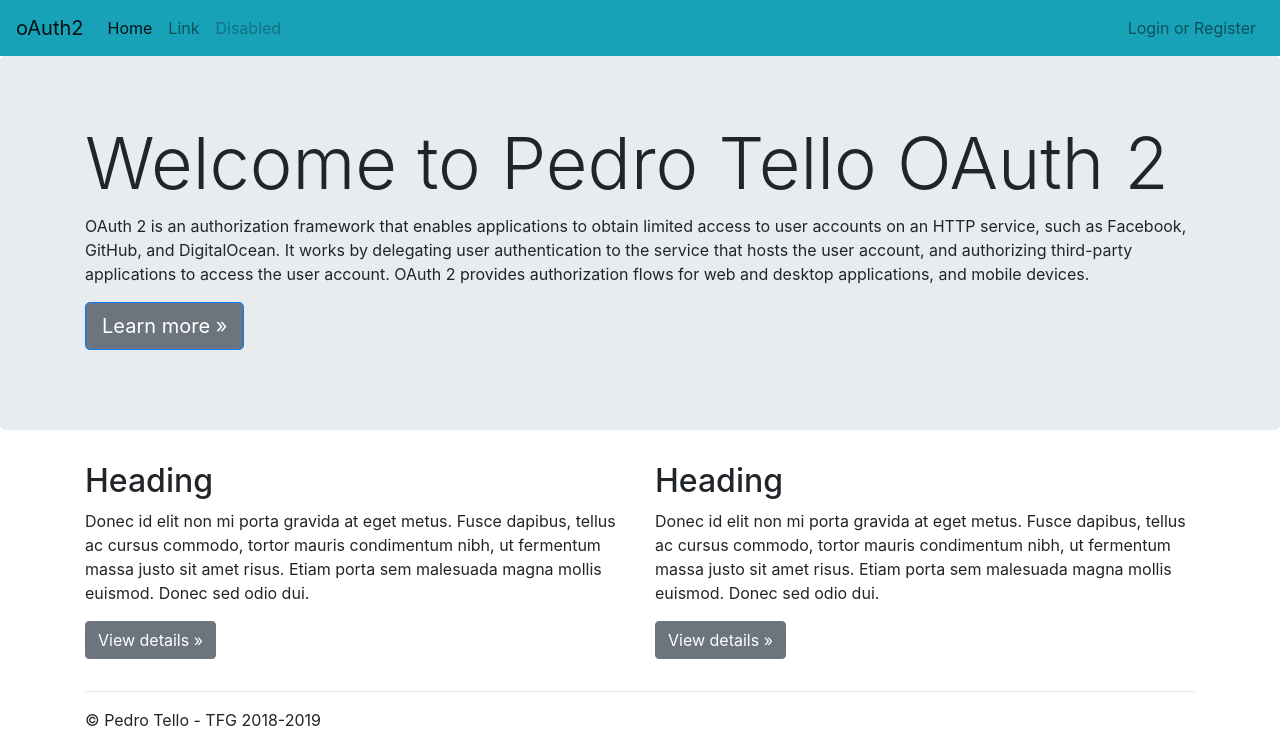
Repository: Xevit/eclipse-workspace
Page: AplicationOAuth2/src/main/webapp/index.html
These files come from the project's save history. The page is drawn as it stood at one moment and after the next save; the edit follows.
The browser window is 1280 px wide. The pictures show the whole page.
Some web libraries are served in a nearby version.

Above is the page before, as saved 2018-08-20 21:26:27.

### AplicationOAuth2/src/main/webapp/index.html
<!DOCTYPE html>
<html>
<head>
  <link href="css/bootstrap.min.css" rel="stylesheet">
    <!-- Custom styles for this template -->
    <link href="css/jumbotron.css" rel="stylesheet">
</head>
<body>
<nav class="navbar navbar-expand-md navbar-light fixed-top bg-info">
      <a class="navbar-brand" href="#">oAuth2</a>
      <button class="navbar-toggler" type="button" data-toggle="collapse" data-target="#navbarsExampleDefault" aria-controls="navbarsExampleDefault" aria-expanded="false" aria-label="Toggle navigation">
        <span class="navbar-toggler-icon"></span>
      </button>

      <div class="collapse navbar-collapse" id="navbarsExampleDefault">
        <ul class="navbar-nav mr-auto">
          <li class="nav-item active">
            <a class="nav-link" href="#">Home <span class="sr-only">(current)</span></a>
          </li>
          <li class="nav-item">
            <a class="nav-link" href="#">Link</a>
          </li>
          <li class="nav-item">
            <a class="nav-link disabled" href="#">Disabled</a>
          </li>
          <!--<li class="nav-item dropdown">
            <a class="nav-link dropdown-toggle" href="http://example.com" id="dropdown01" data-toggle="dropdown" aria-haspopup="true" aria-expanded="false">Dropdown</a>
            <div class="dropdown-menu" aria-labelledby="dropdown01">
              <a class="dropdown-item" href="#">Action</a>
              <a class="dropdown-item" href="#">Another action</a>
              <a class="dropdown-item" href="#">Something else here</a>
            </div>
          </li>-->
        </ul>
        <ul class="navbar-nav mr-right" >
          <li class="nav-item">
            <a class="nav-link" href="login.html">Login or Register</a>
          </li>
          <!--<input class="form-control mr-sm-2" type="text" placeholder="Search" aria-label="Search">-->
          <!--<button class="btn btn-outline-success my-2 my-sm-0" type="submit">Search</button>-->
         </ul>
      </div>
    </nav>

    <main role="main">

      <!-- Main jumbotron for a primary marketing message or call to action -->
      <div class="jumbotron">
        <div class="container">
          <h1 class="display-3">Welcome to Pedro Tello OAuth 2</h1>
          <p>OAuth 2 is an authorization framework that enables applications to obtain limited access to user accounts on an HTTP service, such as Facebook, GitHub, and DigitalOcean. It works by delegating user authentication to the service that hosts the user account, and authorizing third-party applications to access the user account. OAuth 2 provides authorization flows for web and desktop applications, and mobile devices.</p>
          <p><a class="btn btn-primary btn-lg bg-secondary" href="https://oauth.net/2/" role="button">Learn more &raquo;</a></p>
        </div>
      </div>

      <div class="container">
        <!-- Example row of columns -->
        <div class="row">
          <div class="col-md-6">
            <h2>Heading</h2>
            <p>Donec id elit non mi porta gravida at eget metus. Fusce dapibus, tellus ac cursus commodo, tortor mauris condimentum nibh, ut fermentum massa justo sit amet risus. Etiam porta sem malesuada magna mollis euismod. Donec sed odio dui. </p>
            <p><a class="btn btn-secondary" href="hello" role="button">View details &raquo;</a></p>
          </div>
          <div class="col-md-6">
            <h2>Heading</h2>
            <p>Donec id elit non mi porta gravida at eget metus. Fusce dapibus, tellus ac cursus commodo, tortor mauris condimentum nibh, ut fermentum massa justo sit amet risus. Etiam porta sem malesuada magna mollis euismod. Donec sed odio dui. </p>
            <p><a class="btn btn-secondary" href="bye" role="button">View details &raquo;</a></p>
          </div>

        </div>

        <hr>

      </div> <!-- /container -->

    </main>

    <footer class="container">
      <p>&copy; Pedro Tello - TFG 2018-2019</p>
    </footer>

	<script src="https://code.jquery.com/jquery-3.2.1.slim.min.js" integrity="sha384-KJ3o2DKtIkvYIK3UENzmM7KCkRr/rE9/Qpg6aAZGJwFDMVNA/GpGFF93hXpG5KkN" crossorigin="anonymous"></script>
    <script>window.jQuery || document.write('<script src="../../assets/js/vendor/jquery-slim.min.js"><\/script>')</script>
    <script src="js/popper.min.js"></script>
    <script src="js/bootstrap.min.js"></script>
    <script src="js/jquery.cookie.js"></script>
</body>
</html>

Loaded but not shown: AplicationOAuth2/src/main/webapp/css/bootstrap.min.css (library); AplicationOAuth2/src/main/webapp/css/jumbotron.css (common file); AplicationOAuth2/src/main/webapp/js/popper.min.js (library); AplicationOAuth2/src/main/webapp/js/bootstrap.min.js (library); AplicationOAuth2/src/main/webapp/js/jquery.cookie.js (library)

After the next save:
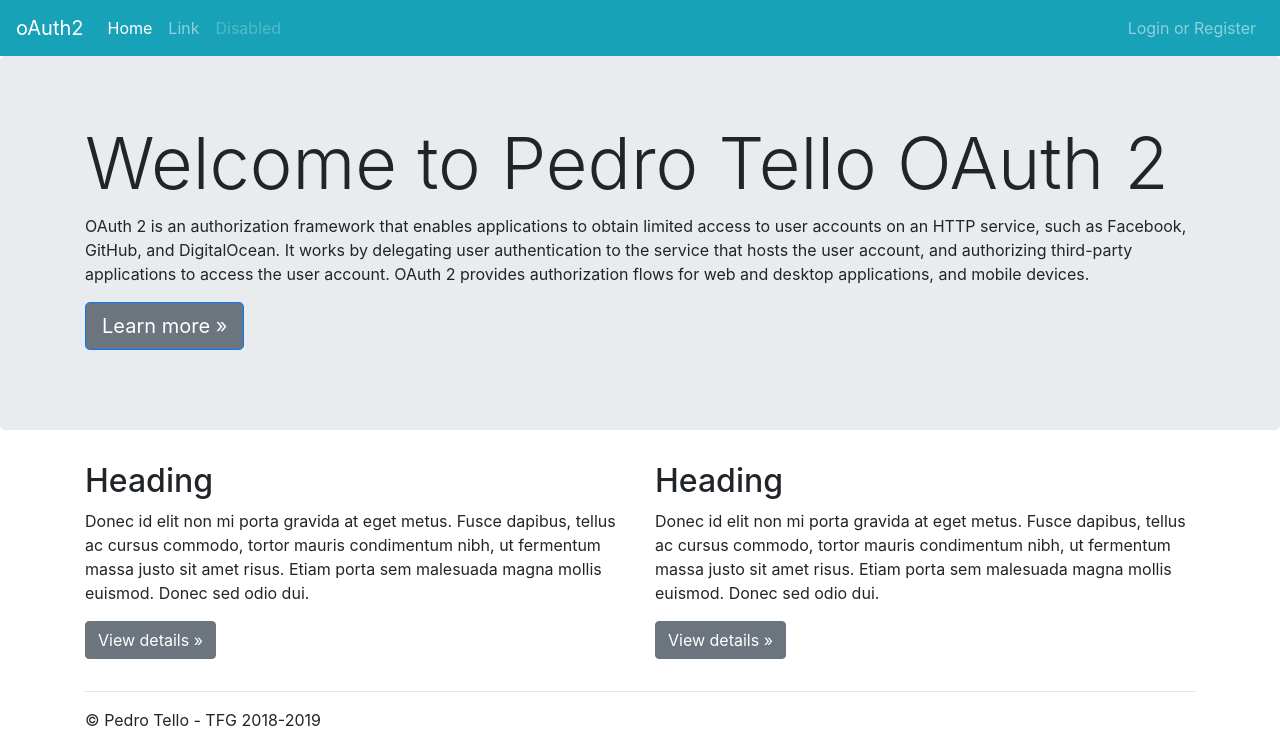
Saved 67 s later.
--- a/AplicationOAuth2/src/main/webapp/index.html
+++ b/AplicationOAuth2/src/main/webapp/index.html
@@ -6,7 +6,7 @@
     <link href="css/jumbotron.css" rel="stylesheet">
 </head>
 <body>
-<nav class="navbar navbar-expand-md navbar-light fixed-top bg-info">
+<nav class="navbar navbar-expand-md navbar-dark fixed-top bg-info">
       <a class="navbar-brand" href="#">oAuth2</a>
       <button class="navbar-toggler" type="button" data-toggle="collapse" data-target="#navbarsExampleDefault" aria-controls="navbarsExampleDefault" aria-expanded="false" aria-label="Toggle navigation">
         <span class="navbar-toggler-icon"></span>
